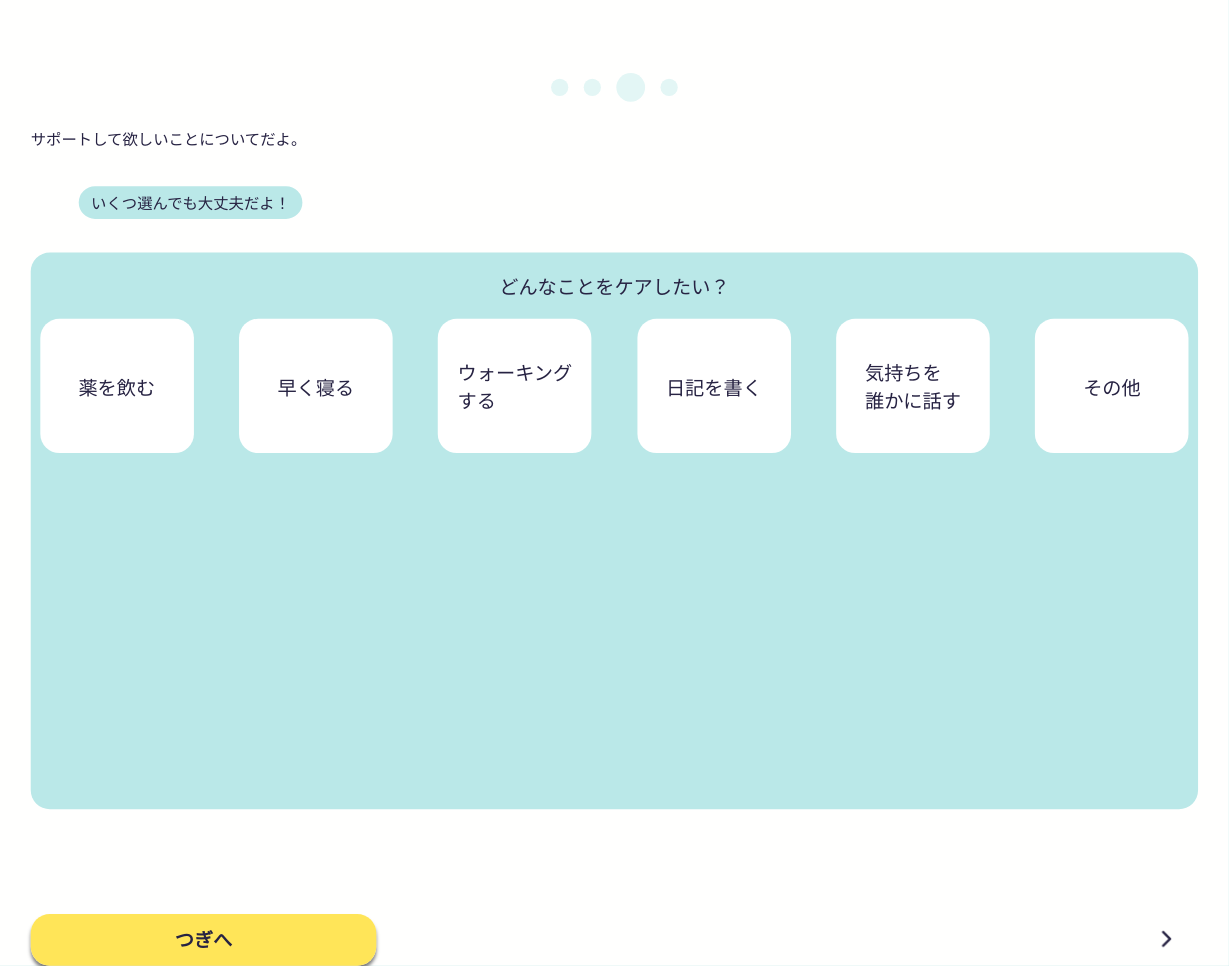
Repository: misaki0919/Self-care
Page: support.html
The author's editor kept a copy of each file at every save. The page is drawn from the files as they stood at one save, then again after the next save.
The browser window is 1280 px wide. The pictures show the whole page, at 96% of full size.
Some web fonts or font styles are not loaded; a fallback is used.

Above is the page before, as saved 2026-07-19 11:13:36.

After the next save:
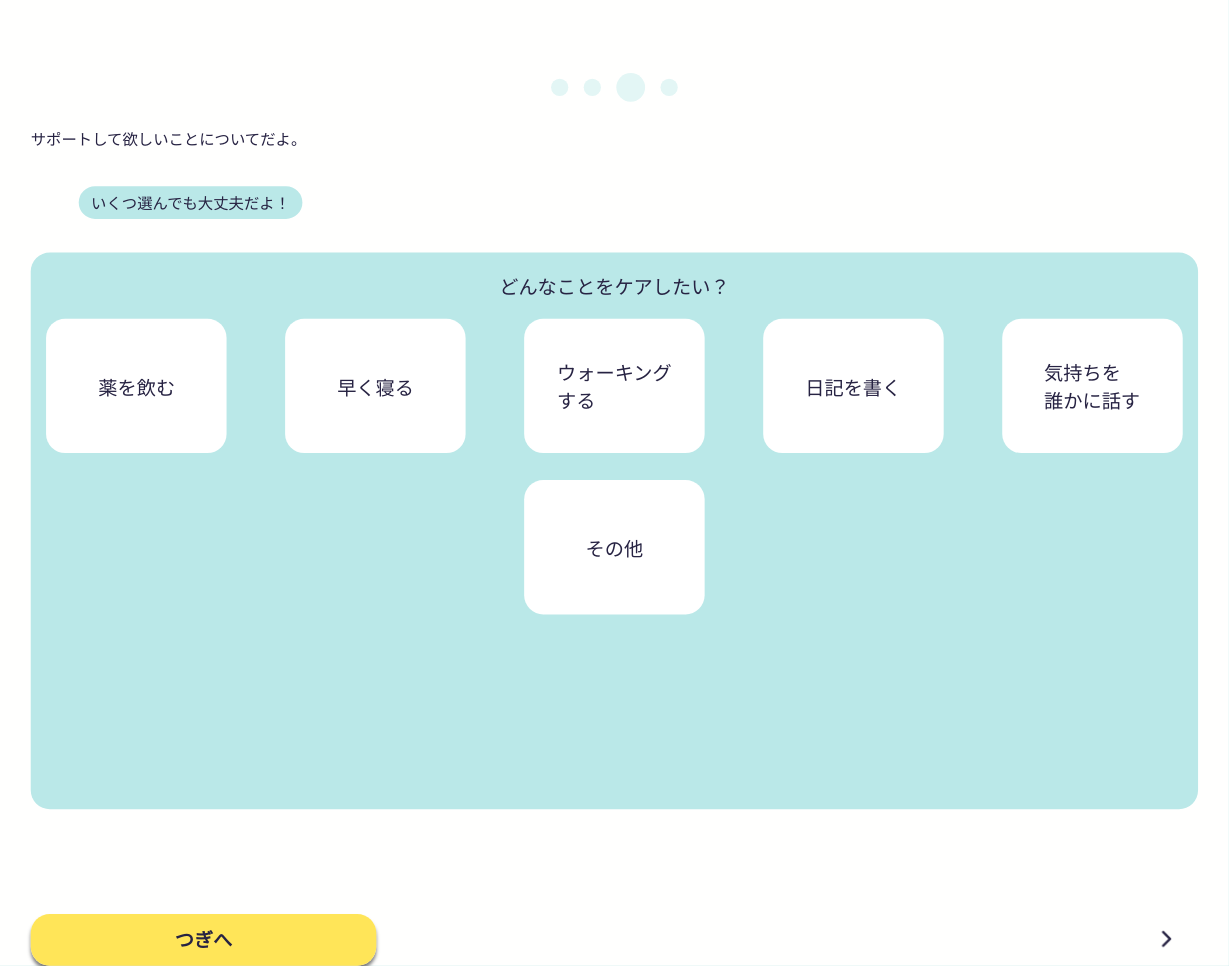
Saved 49 s later.
--- a/css/support.css
+++ b/css/support.css
@@ -76,7 +76,7 @@ body{
             width: 160px;
             align-items: center;
             font-size: 20px;
-
+            padding: 0 14px;
 
         }
     }

After the save that followed:
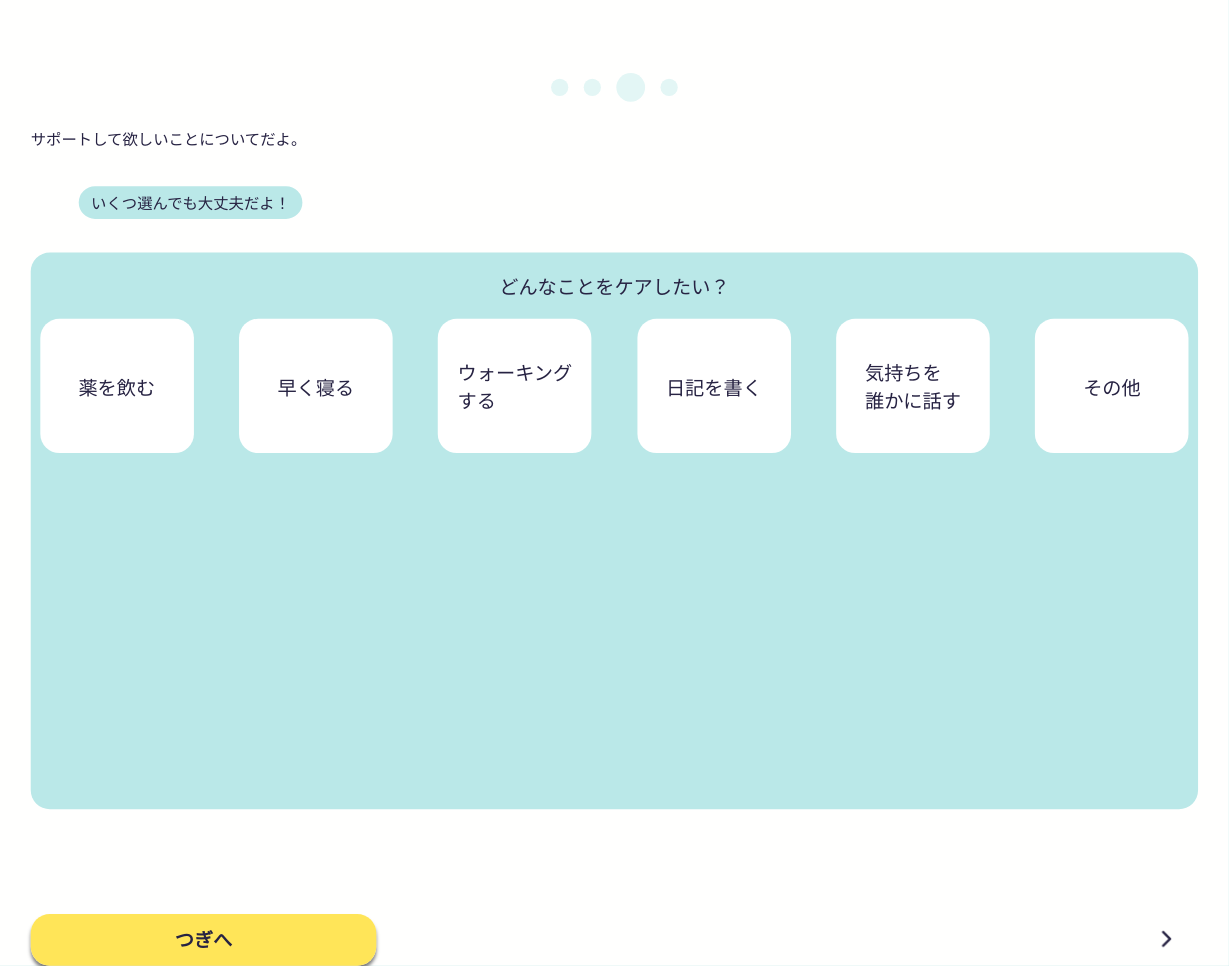
Saved 13 s later.
--- a/css/support.css
+++ b/css/support.css
@@ -76,7 +76,7 @@ body{
             width: 160px;
             align-items: center;
             font-size: 20px;
-            padding: 0 14px;
+
 
         }
     }
